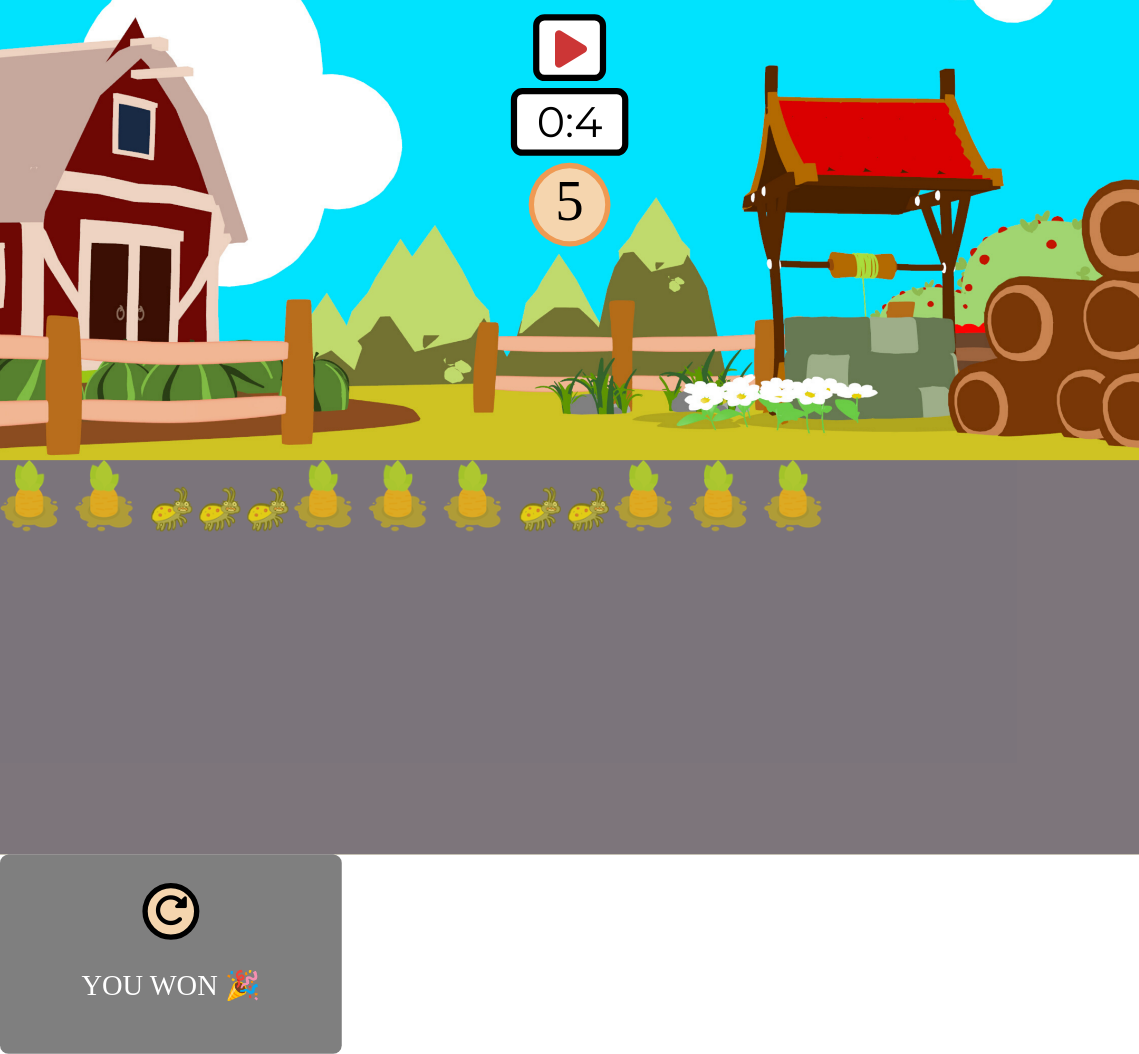
Repository: sephinejo/Mini-carrot-game
Page: index.html
These files come from the project's save history. The page is drawn as it stood at one moment and after the next save; the edit follows.
The browser window is 1280 px wide. The pictures show the whole page, at 89% of full size.
Some web fonts or font styles are not loaded; a fallback is used. Some web libraries are served in a nearby version.

Above is the page before, as saved 2023-05-15 09:25:25.

After the next save:
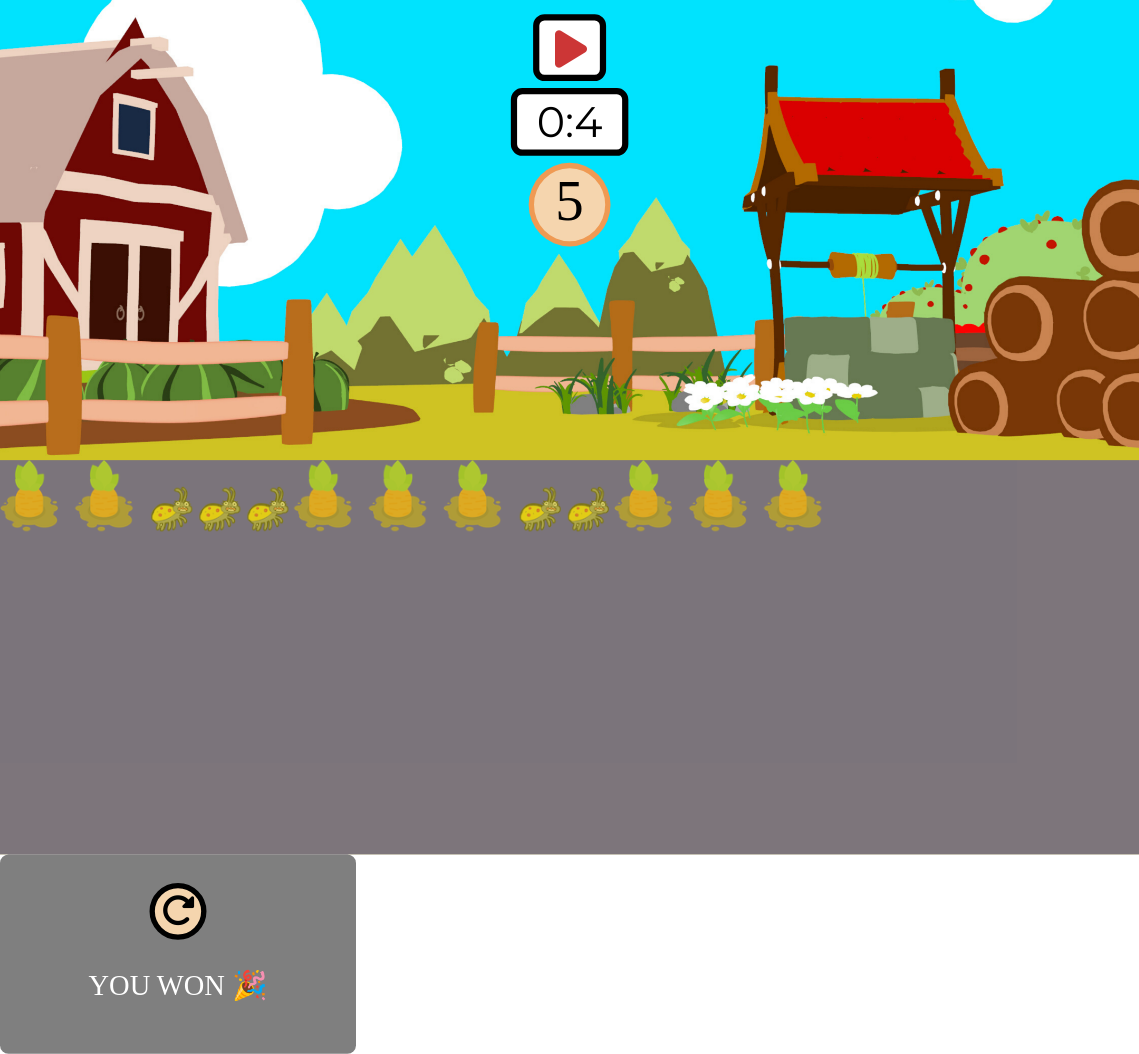
Saved 8 s later.
--- a/style.css
+++ b/style.css
@@ -70,7 +70,7 @@
 }
 
 .pop-up {
-  width: 24rem;
+  width: 25rem;
   height: 14rem;
   background: rgba(0, 0, 0, 0.5);
   border-radius: 0.6rem;

After the save that followed:
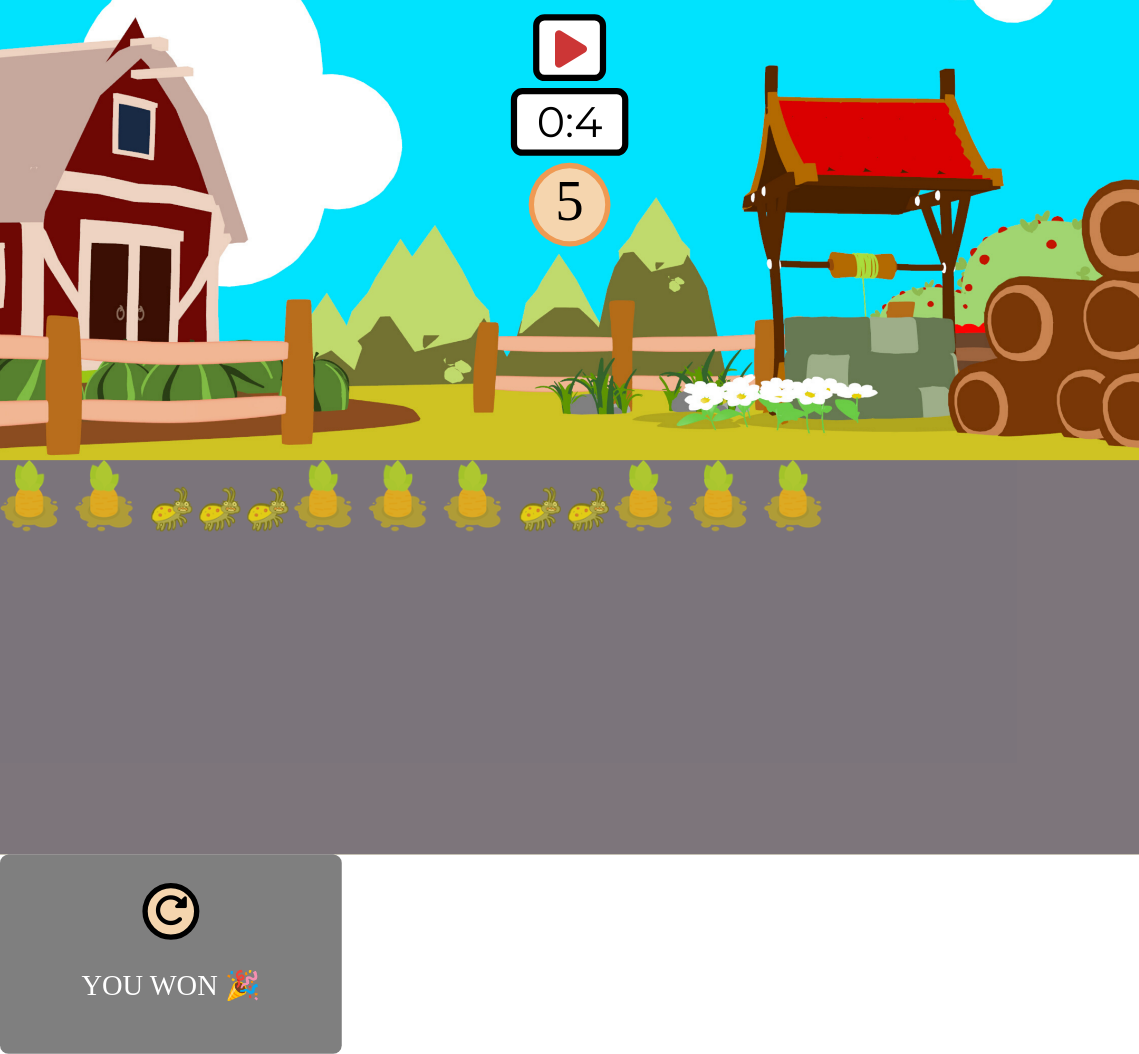
Saved 4 s later.
--- a/style.css
+++ b/style.css
@@ -70,7 +70,7 @@
 }
 
 .pop-up {
-  width: 25rem;
+  width: 24rem;
   height: 14rem;
   background: rgba(0, 0, 0, 0.5);
   border-radius: 0.6rem;
